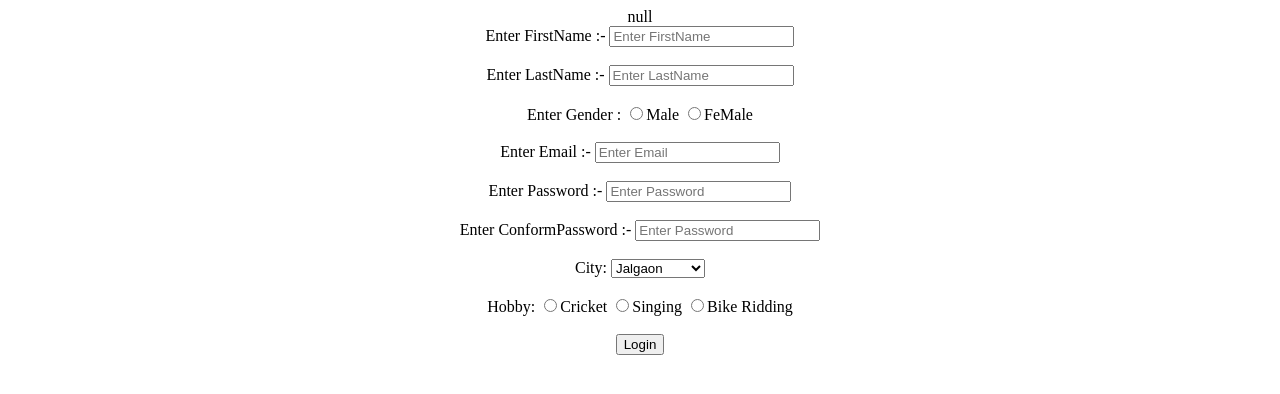
Repository: shzkhar/ISM_ADV_JAVA_23
Page: http://localhost/JSPRegiDemo/Regi.jsp
The author's editor kept a copy of each file at every save. The page is drawn from the files as they stood at one save, then again after the next save.
The browser window is 1280 px wide. The pictures show the whole page.
The page is served by Tomcat 9. Other server files are loaded and not shown.

Above is the page before, as saved 2023-04-02 13:15:46.

### JSPRegiDemo/src/main/webapp/Regi.jsp
<%@ page language="java" contentType="text/html; charset=ISO-8859-1"
    pageEncoding="ISO-8859-1"%>
<!DOCTYPE html>
<html>
<head>
<meta charset="ISO-8859-1">
<title>Insert title here</title>
</head>
<body align="center">
 <% String error = (String)request.getAttribute("error"); %>
    <%= error %>

    <form action="Registration" method="post">
            Enter FirstName :- <input type="text" name="firstname" placeholder="Enter FirstName"/><br><br>
            Enter LastName :- <input type="text" name="lastname" placeholder="Enter LastName"/><br><br>
            Enter Gender : <input type="radio" name="gender" value="male"/>Male
                            <input type="radio" name="gender" value="female"/>FeMale <br><br>
            Enter Email :- <input type="text" name="email" placeholder="Enter Email"/><br><br>
            Enter Password :- <input type="password" name="pass" placeholder="Enter Password"/><br><br>
            Enter ConformPassword :- <input type="password" name="cnfpass" placeholder="Enter Password"/><br><br>

            <label for="City">City:</label>
                  <select id="city" name="city">
                      <option value="Jalgaon">Jalgaon</option>
                      <option value="Pune">Pune</option>
                      <option value="Mumbai">Mumbai</option>
                      <option value="Ahmedabad">Ahmedabad</option>
                   </select><br><br>


           Hobby:
  <input type="radio" id="hobbi1" name="hobbi" value="Cricket">Cricket

  <input type="radio" id="hobbi2" name="hobbi" value="Singing">Singing

  <input type="radio" id="hobbi3" name="hobbi" value="Bike Ridding">Bike Ridding

<br><br>

        <input type="submit" value="Login">

    </form>

</body>
</html>

After the next save:
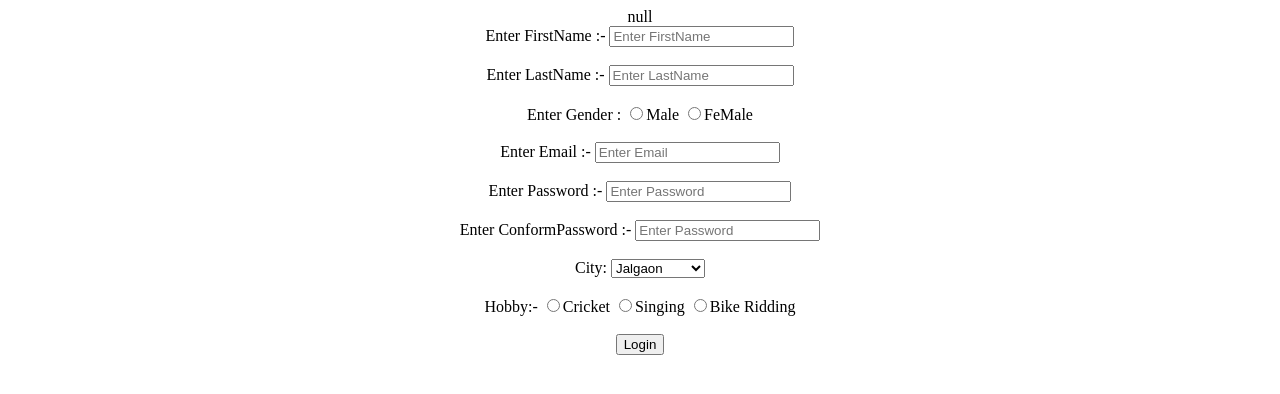
Saved 10 s later.
--- a/JSPRegiDemo/src/main/webapp/Regi.jsp
+++ b/JSPRegiDemo/src/main/webapp/Regi.jsp
@@ -28,7 +28,7 @@
                    </select><br><br>
 
 
-           Hobby:
+           Hobby:-
   <input type="radio" id="hobbi1" name="hobbi" value="Cricket">Cricket
 
   <input type="radio" id="hobbi2" name="hobbi" value="Singing">Singing
